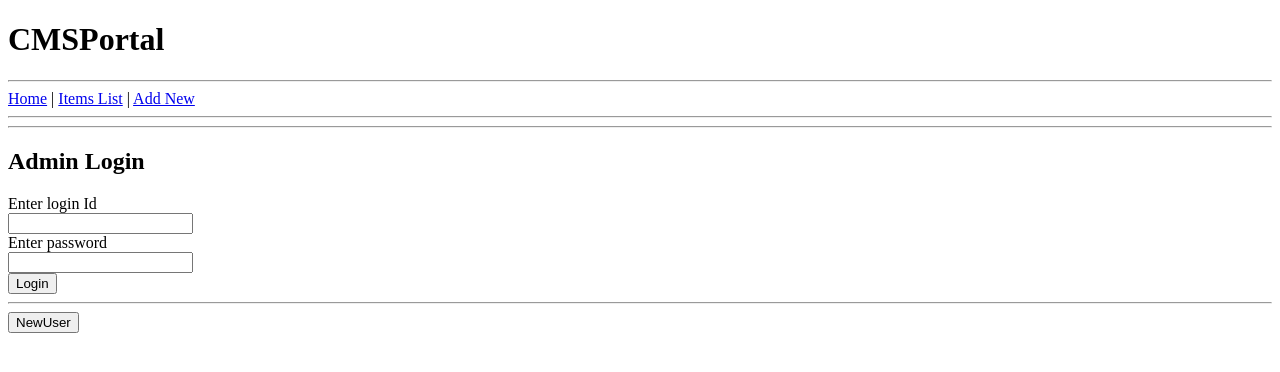
Repository: phanisree-chava/Test
Page: http://localhost/CoronakitManagementPortal/
The author's editor kept a copy of each file at every save. The page is drawn from the files as they stood at one save, then again after the next save.
The browser window is 1280 px wide. The pictures show the whole page.
The page is served by Tomcat 9.

Above is the page before, as saved 2020-08-23 09:35:32.

After the next save:
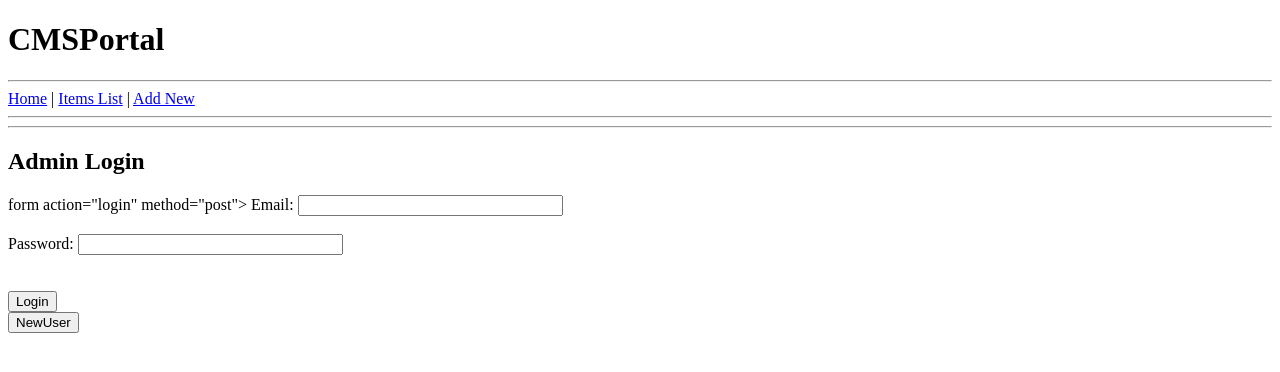
Saved 102 s later.
--- a/CoronakitManagementPortal/WebContent/index.jsp
+++ b/CoronakitManagementPortal/WebContent/index.jsp
@@ -13,21 +13,20 @@
 <jsp:include page="header.jsp"/>
 <hr/>
 	<h2>Admin Login</h2>
-	<form action="admin?action=login" method="post">
-		<div>
-			<div><label for="loginid">Enter login Id</label> </div>
-			<div><input type="text" id="loginid" name="loginid"> </div>
-		</div>
-		<div>
-			<div><label for="password">Enter password</label> </div>
-			<div><input type="text" id="password" name="password"> </div>
-		</div>
-		<div>
-			<div><input type="submit" value="Login"> </div>
-		</div>
-	</form>
-</div>
-<hr/>
+	<form action="login" method="post">
+		form action="login" method="post">
+            <label for="email">Email:</label>
+            <input name="email" size="30" />
+            <br><br>
+            <label for="password">Password:</label>
+            <input type="password" name="password" size="30" />
+            <br>${message}
+            <br><br>
+            <button type="submit">Login</button>
+        </form>
+    </div>
+</body>
+</html>
 <div>
 	<a href="user?action=newuser"><button>NewUser</button></a>
 </div>
